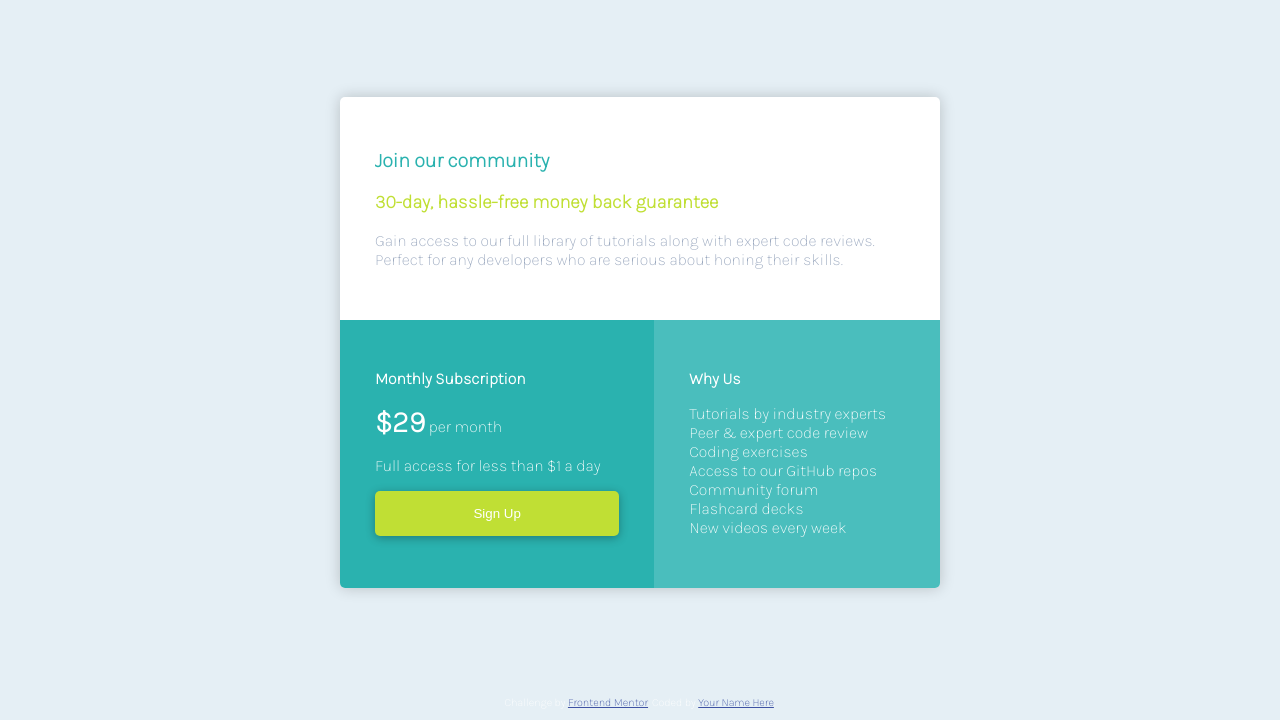
Repository: jminervino/PriceGridComponent
Page: index.html
These files come from the project's save history. The page is drawn as it stood at one moment and after the next save; the edit follows.
The browser window is 1280 px wide. The pictures show the whole page.

Above is the page before, as saved 2022-02-08 14:15:03.

### index.html
<!DOCTYPE html>
<html lang="en">
<head>
  <meta charset="UTF-8">
  <meta name="viewport" content="width=device-width, initial-scale=1.0"> <!-- displays site properly based on user's device -->

  <link rel="icon" type="image/png" sizes="32x32" href="./images/favicon-32x32.png">
  <link rel="stylesheet" href="style.css">

  <title>Frontend Mentor | Single Price Grid Component</title>

  <!-- Feel free to remove these styles or customise in your own stylesheet 👍 -->
  <style>
    .attribution { font-size: 11px; text-align: center; }
    .attribution a { color: hsl(228, 45%, 44%); }
  </style>
</head>
<body>
    <main>
        <section class="box-one">
            <h2>Join our community</h2>
            <h3 class="yellow-text">30-day, hassle-free money back guarantee</h3>

            <p>
              Gain access to our full library of tutorials along with expert code reviews. <br>
              Perfect for any developers who are serious about honing their skills.
            </p>
        </section>
        <section class="box-two">
            <h2>Monthly Subscription</h2>

            <p class="faded">
              <span class="big">&dollar;29</span> per month
            </p>
            <p>Full access for less than &dollar;1 a day</p>

            <button>Sign Up</button>
        </section>
        <section class="box-three">
            <h2>Why Us</h2>
            <ul>
                <li>Tutorials by industry experts</li>
                <li>Peer &amp; expert code review</li>
                <li>Coding exercises</li>
                <li>Access to our GitHub repos</li>
                <li>Community forum</li>
                <li>Flashcard decks</li>
                <li>New videos every week</li>
            </ul>
        </section>
    </main>
    <footer>
        <p class="attribution">
          Challenge by <a href="https://www.frontendmentor.io?ref=challenge" target="_blank">Frontend Mentor</a>.
          Coded by <a href="#">Your Name Here</a>.
        </p>
    </footer>
</body>
</html>

### style.css
@import url('https://fonts.googleapis.com/css2?family=Karla:ital,wght@0,200;1,200&family=Open+Sans+Condensed:wght@300&family=Quicksand:wght@300;400;500;600;700&display=swap');

* {
    box-sizing: border-box;
    padding: 0;
}

body {
    display: flex;
    align-items: center;
    justify-content: center;
    flex-direction: column;
    font-family: "karla", sans-serif;
    font-size: 16px;
    background-color: hsl(204, 43%, 93%);
    margin: 0;
    min-height: 100vh;
    color: #ffffff;
}

main {
    background-color: #ffffff;
    max-width: 1440px;
    min-width: 600px;
    margin: auto;
    display: grid;
    grid-template-columns: auto auto;
    box-shadow: 0px 0px 15px rgba(0, 0, 0, 0.2);
    border-radius: 5px;
    overflow: hidden;
}

section {
    padding: 35px;
}

button {
    background-color: hsl(71, 73%, 54%);
    color: #ffffff;
    border-radius: 5px;
    border: none;
    width: 100%;
    padding: 15px;
    box-shadow: 0px 2px 10px rgba(0, 0, 0, 0.3);
}

ul {
    list-style-type: none;
}

h2 {
    font-size: 16px;
}

.box-one {
    color: hsl(218, 22%, 67%);
    grid-column: 1/3;

}

.box-one h2 {
    font-size: 20px;
    font-weight: 900;
    color: hsl(179, 62%, 43%);
}

.yellow-text {
    color: hsl(71, 73%, 54%);
}

.box-two {
    background-color: hsl(179, 62%, 43%);
}

.faded {

}

.big {
    opacity: initial;
    font-size: 30px;
    font-weight: 700;
}

.box-three {
    background-color: #4abebd;
}

After the next save:
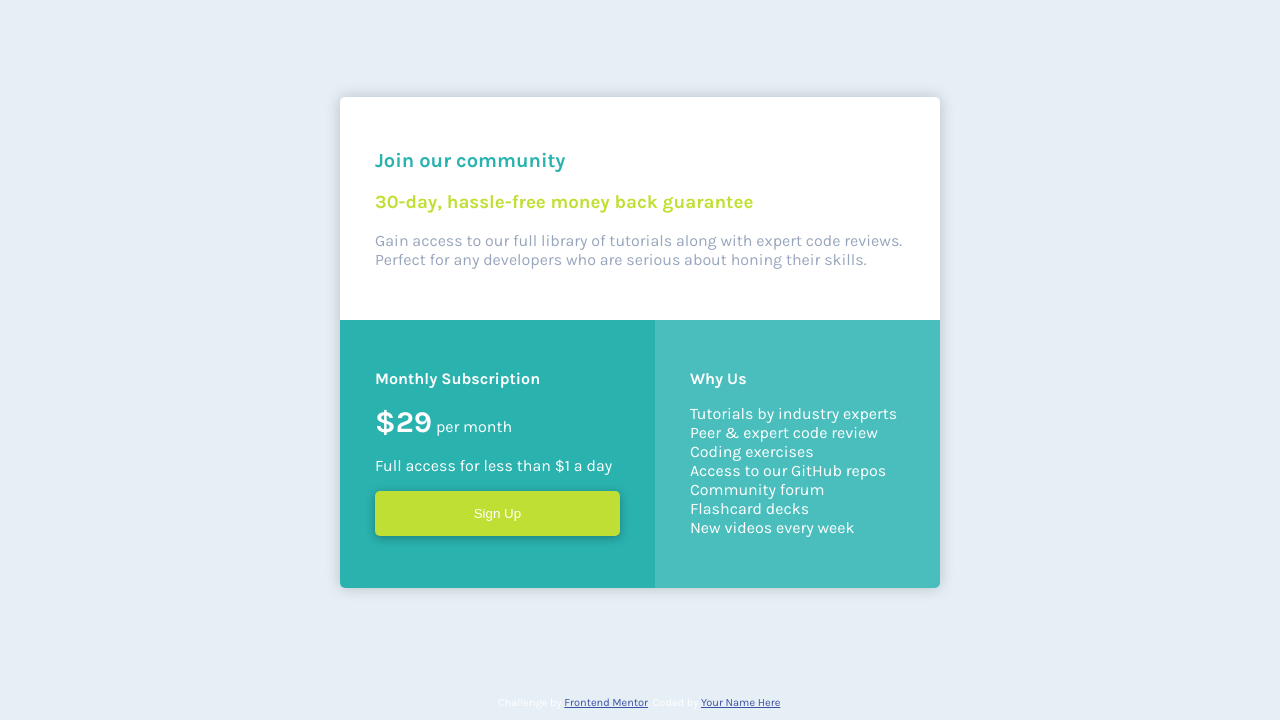
Saved 2 min 4 s later.
--- a/style.css
+++ b/style.css
@@ -1,4 +1,4 @@
-@import url('https://fonts.googleapis.com/css2?family=Karla:ital,wght@0,200;1,200&family=Open+Sans+Condensed:wght@300&family=Quicksand:wght@300;400;500;600;700&display=swap');
+@import url('https://fonts.googleapis.com/css2?family=Cardo&family=Karla:wght@400;700&family=Titillium+Web:wght@600&display=swap');
 
 * {
     box-sizing: border-box;
